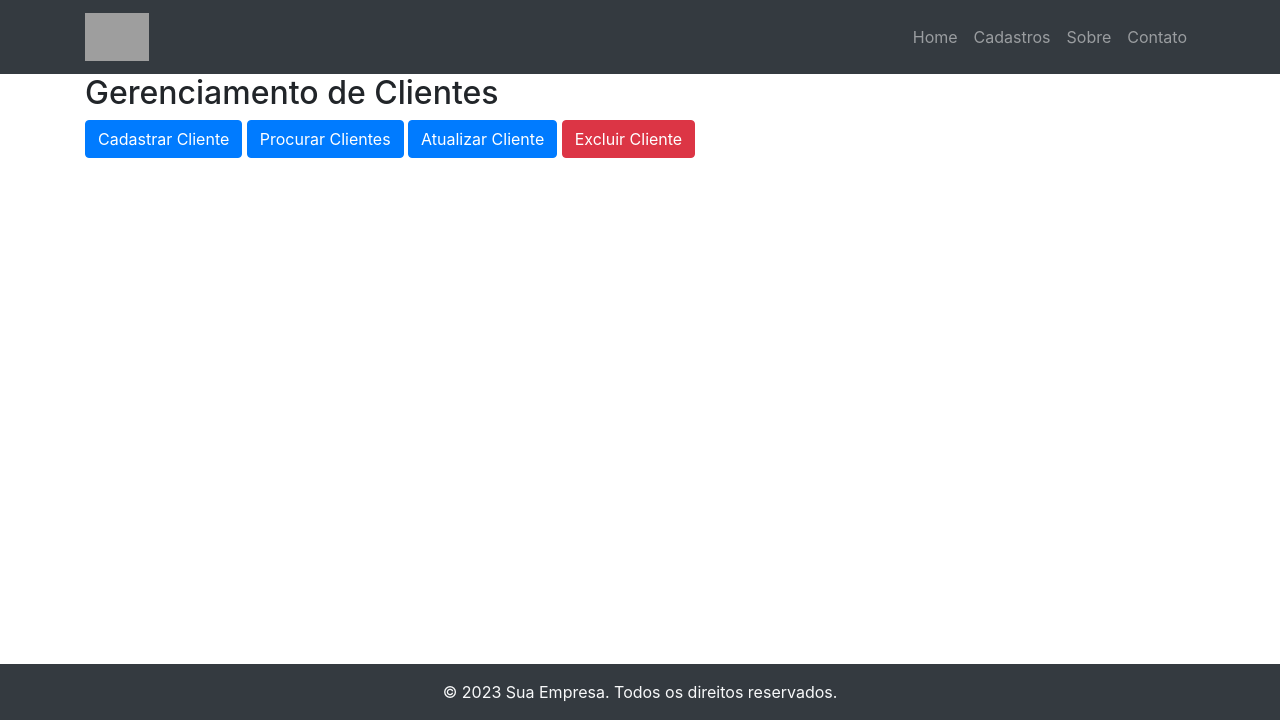
Repository: hagartelles/serveletProject
Page: BeltourServerlet/src/main/webapp/Index.html
The author's editor kept a copy of each file at every save. The page is drawn from the files as they stood at one save, then again after the next save.
The browser window is 1280 px wide. The pictures show the whole page.
Pictures or frames that could not be fetched are drawn as grey boxes. Some web libraries are served in a nearby version.

Above is the page before, as saved 2023-11-07 01:54:44.

### BeltourServerlet/src/main/webapp/Index.html
<!DOCTYPE html>
<html lang="pt-br">
<head>
    <meta charset="UTF-8">
    <meta name="viewport" content="width=device-width, initial-scale=1.0">
    <title>Home</title>
    <!-- Inclua o link para o Bootstrap via CDN -->
    <link rel="icon" type="image/x-icon" href="./icon/favicon.ico">
    <link rel="stylesheet" href="https://maxcdn.bootstrapcdn.com/bootstrap/4.5.2/css/bootstrap.min.css">
</head>
<body>
    <!-- Cabeçalho -->
    <header>
        <nav class="navbar navbar-expand-lg navbar-dark  bg-dark text-light">
            <div class="container">
                <a class="navbar-brand" href="#"><img src="./icon/samurai.png"/ height="48px"></a>
                <button class="navbar-toggler" type="button" data-toggle="collapse" data-target="#navbarNav" aria-controls="navbarNav" aria-expanded="false" aria-label="Toggle navigation">
                    <span class="navbar-toggler-icon"></span>
                </button>
                <div class="collapse navbar-collapse" id="navbarNav">
                    <ul class="navbar-nav ml-auto">
                        <li class="nav-item">
                            <a class="nav-link" href="#">Home</a>
                        </li>
                        <li class="nav-item">
                            <a class="nav-link" href="CreateClient.jsp">Cadastros</a>
                        </li>
                        <li class="nav-item">
                            <a class="nav-link" href="#sobre">Sobre</a>
                        </li>
                        <li class="nav-item">
                            <a class="nav-link" href="#contato">Contato</a>
                        </li>
                    </ul>
                </div>
            </div>
        </nav>
    </header>

    <!-- Corpo da Página -->
    <div class="container">
    <h2>Gerenciamento de Clientes</h2>

    <!-- Formulário para Ações de Cliente -->
	<form id="cliente-form">
	  <a href="CreateClient.jsp" class="btn btn-primary" name="cadastrar">Cadastrar Cliente</a>
	  <a href="ReadController" class="btn btn-primary" name="procurar">Procurar Clientes</a>
	  <a href="UpdateClient.jsp" class="btn btn-primary" name="atualizar">Atualizar Cliente</a>
	  <a href="DeleteClient.jsp" class="btn btn-danger" name="excluir">Excluir Cliente</a>
	</form>
  </div>

    <!-- Rodapé -->
    <footer class="bg-dark text-light text-center py-3 fixed-bottom">
        &copy; 2023 Sua Empresa. Todos os direitos reservados.
    </footer>

    <!-- Inclua os scripts do Bootstrap via CDN -->
    <script src="https://code.jquery.com/jquery-3.5.1.slim.min.js"></script>
    <script src="https://cdn.jsdelivr.net/npm/@popperjs/core@2.5.3/dist/umd/popper.min.js"></script>
    <script src="https://maxcdn.bootstrapcdn.com/bootstrap/4.5.2/js/bootstrap.min.js"></script>
</body>
</html>

After the next save:
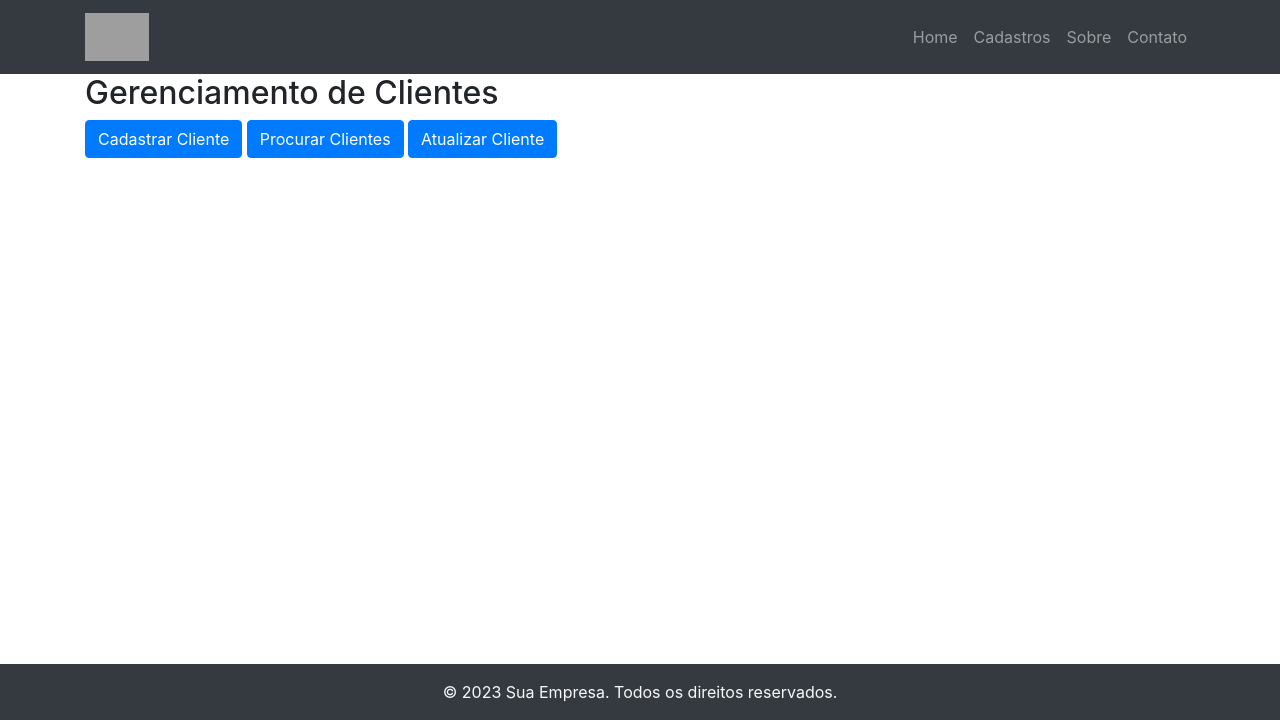
Saved 115 s later.
--- a/BeltourServerlet/src/main/webapp/Index.html
+++ b/BeltourServerlet/src/main/webapp/Index.html
@@ -46,7 +46,7 @@
 	  <a href="CreateClient.jsp" class="btn btn-primary" name="cadastrar">Cadastrar Cliente</a>
 	  <a href="ReadController" class="btn btn-primary" name="procurar">Procurar Clientes</a>
 	  <a href="UpdateClient.jsp" class="btn btn-primary" name="atualizar">Atualizar Cliente</a>
-	  <a href="DeleteClient.jsp" class="btn btn-danger" name="excluir">Excluir Cliente</a>
+
 	</form>
   </div>
 
